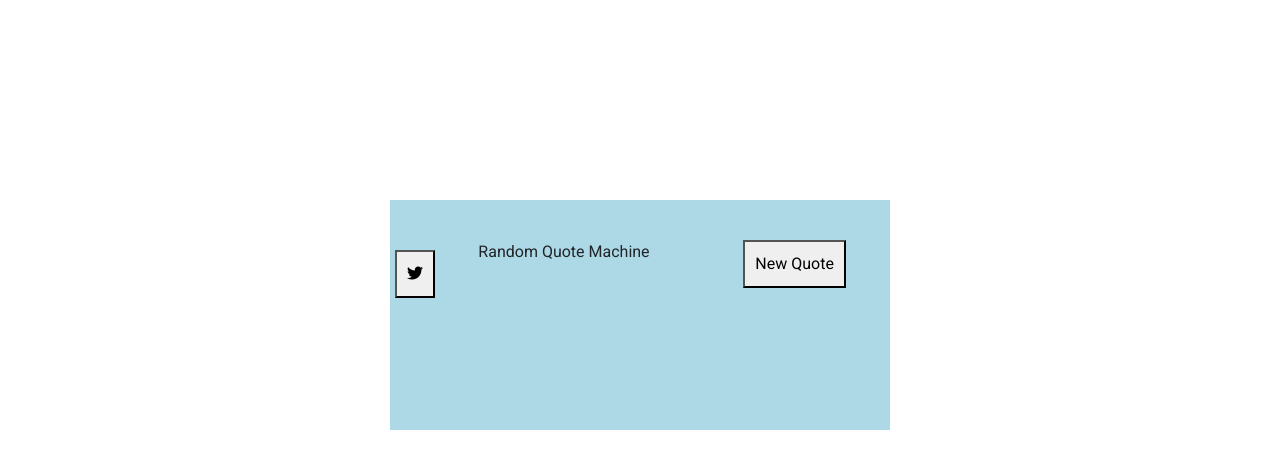
Repository: derektypist/random-quote-machine
Page: index.html
The author's editor kept a record of every edit. The page is drawn from the files as they stood at one moment, then again after the next edit.
The browser window is 1280 px wide. The pictures show the whole page.
Some web libraries are served in a nearby version.

Above is the page before.
Console error: SyntaxError: Unexpected token '<'

After the next edit:
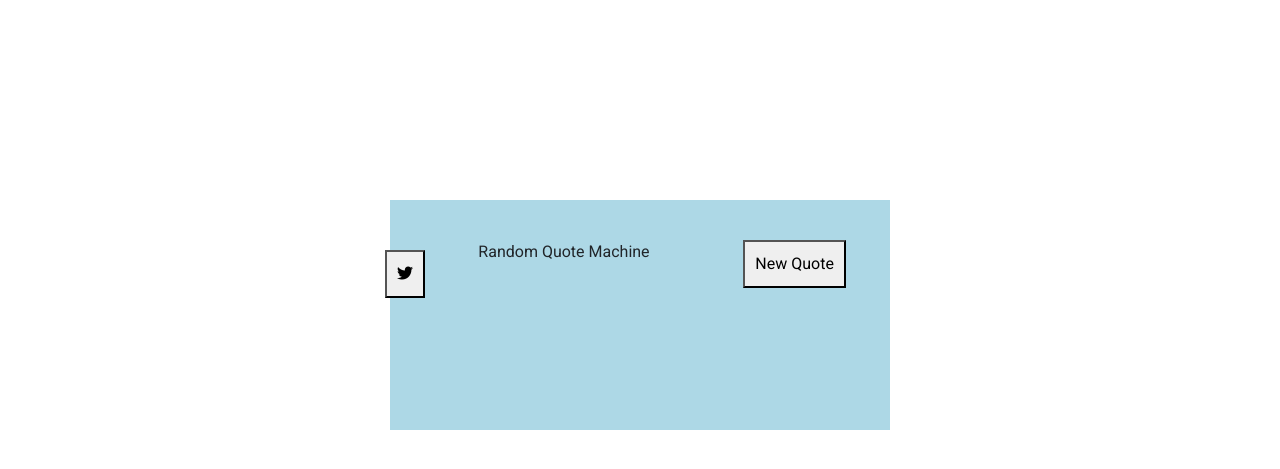
The error is gone.
The edit:
--- a/index.html
+++ b/index.html
@@ -99,8 +99,8 @@
 
 
             // Display Text (Quote) and Authors
-            <h4>${text}</h4>;
-            <p>${author}</p>;
+            `<h4>${text}</h4>`;
+            `<p>${author}</p>`;
 
 
             // Set Up Tweet Quote
